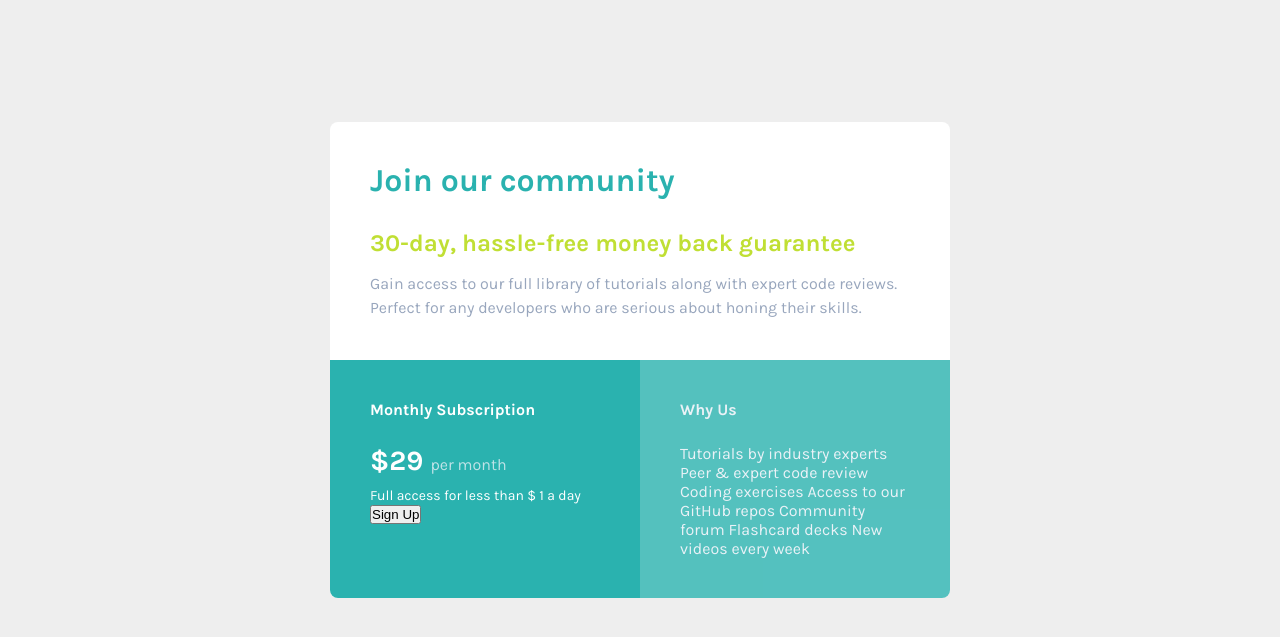
Repository: Akashiii1/WebSingleGrid_Day3
Page: index.html
An editor plug-in stored every save of this project. The page is shown before and after the next save, followed by the edit.
The browser window is 1280 px wide. The pictures show the whole page.

Above is the page before, as saved 2021-12-22 01:57:43.

### index.html
<!DOCTYPE html>
<html lang="en">
  <head>
    <meta charset="UTF-8" />
    <meta name="viewport" content="width=device-width, initial-scale=1.0" />
    <!-- displays site properly based on user's device -->

    <link
      rel="icon"
      type="image/png"
      sizes="32x32"
      href="./images/favicon-32x32.png"
    />

    <title>Frontend Mentor | Single Price Grid Component</title>

    <!-- Feel free to remove these styles or customise in your own stylesheet 👍 -->
    <link rel="stylesheet" href="style.css" />
    <style>
      .attribution {
        font-size: 11px;
        text-align: center;
      }
      .attribution a {
        color: hsl(228, 45%, 44%);
      }
    </style>
  </head>
  <body>
    <!-- Join our community

  30-day, hassle-free money back guarantee

  Gain access to our full library of tutorials along with expert code reviews.
  Perfect for any developers who are serious about honing their skills.

  Monthly Subscription

  &dollar;29 per month

  Full access for less than &dollar;1 a day

  Sign Up

  Why Us

  Tutorials by industry experts
  Peer &amp; expert code review
  Coding exercises
  Access to our GitHub repos
  Community forum
  Flashcard decks
  New videos every week -->
    <div class="wrapper">
      <div class="container">
        <div class="box item1">
          <h1>Join our community</h1>
          <h3>30-day, hassle-free money back guarantee</h3>
          <p>
            Gain access to our full library of tutorials along with expert code
            reviews. Perfect for any developers who are serious about honing
            their skills.
          </p>
        </div>
        <div class="box item2">
          <h4>Monthly Subscription</h4>
          <span>&dollar;29 <span class="light">per month</span> </span>
          <p>Full access for less than &dollar; 1 a day</p>
          <button class="btn">Sign Up</button>
        </div>
        <div class="box item3">
          <h4>Why Us</h4>
          <p>
            Tutorials by industry experts Peer &amp; expert code review Coding
            exercises Access to our GitHub repos Community forum Flashcard decks
            New videos every week
          </p>
        </div>
      </div>
    </div>
    <!-- <footer>
    <p class="attribution">
      Challenge by <a href="https://www.frontendmentor.io?ref=challenge" target="_blank">Frontend Mentor</a>.
      Coded by <a href="#">Your Name Here</a>.
    </p>
  </footer> -->
  </body>
</html>

### style.css

@import url('https://fonts.googleapis.com/css2?family=Karla:wght@400;700&display=swap');
:root{
  --Cyan: hsl(179, 62%, 43%);
 --BrightYellow: hsl(71, 73%, 54%);
 --LightGray: hsl(204, 43%, 93%);
 --GrayishBlue: hsl(218, 22%, 67%);
}
html {
box-sizing: border-box;
}
*{
margin: 0;
padding: 0;
}
*,*:before,*:after {
box-sizing: border-box;
}
input,
textarea,
select,
button{
outline: none;
}
input{
line-height: normal;
}
label,
button{
cursor: pointer;
}
a {
text-decoration: none;
}
img {
display: block;
max-width: 100%;
}
body{
  font-family: 'Karla', sans-serif;
  display: flex;
  justify-content: center;
  align-items: center;
  min-height: 100vh;
  background-color: #eee;
}
.wrapper{
  max-width: 620px;
  background-color: #fff;
  border-radius: 8px;
  overflow: hidden;
}
.container{
  display: grid;
  grid-template-columns:1fr 1fr;
  grid-template-rows: 1fr 1fr;
  grid-template-areas:"it1 it1"
                      "it2 it3";
}
.item1{
  grid-area: it1;
}
.item2{
  grid-area: it2;

}
.item3{
  grid-area: it3;
}
.box{
  padding: 40px;
}
.item1 h1{
  font-size: 32px;
  color:var(--Cyan) ;
  margin-bottom: 30px;
}
.item1 h3{
  color: var(--BrightYellow);
  font-size: 24px;
  margin-bottom: 15px;
}
.item1 p{
  color: var(--GrayishBlue);
  font-weight: 400;
  line-height: 1.5;

}
.item2 {
  background-color: var(--Cyan);
  color: #fff;
}
.item2 h4{
  margin-bottom: 25px;
}
.item2 span{
  font-size: 28px;
  font-weight: 600;

}
.item2 span .light{
  font-size: 16px;
  color: var(--LightGray);
  font-weight: lighter;
  opacity: .8;
}
.item2 p{
  margin-top: 10px;
  font-size: 14px;
}
.item3{
  background-color: var(--Cyan);
  opacity: .8;
  color: var(--LightGray);
}
.item3 h4{
  margin-bottom: 25px;
}

After the next save:
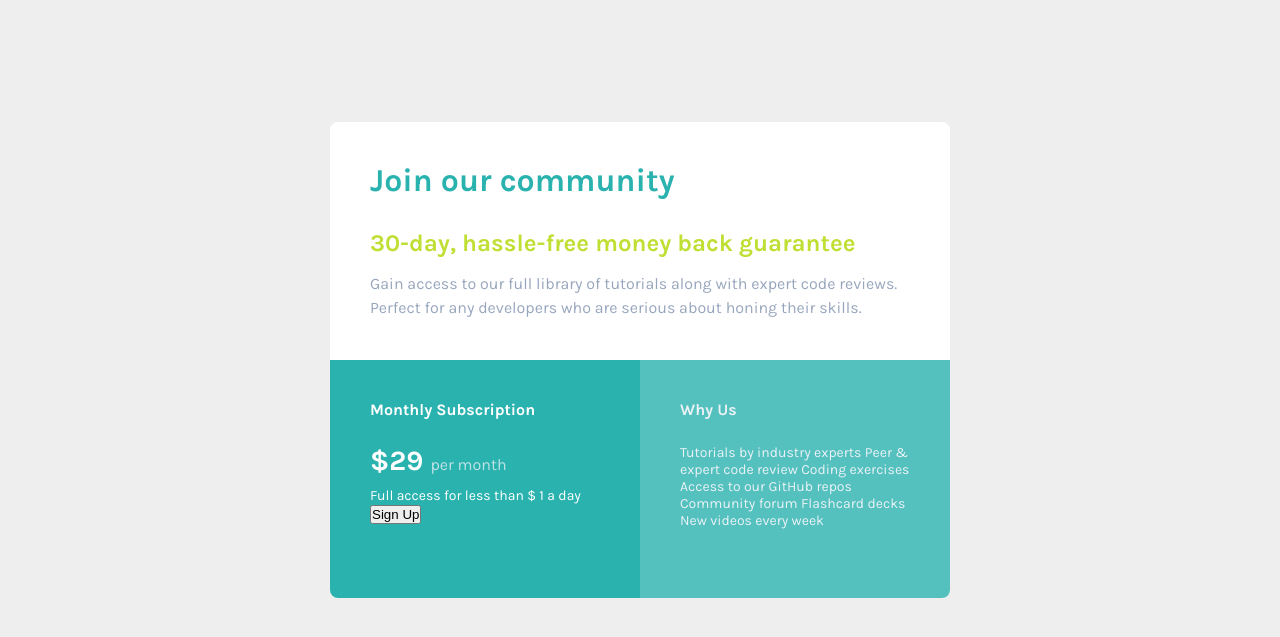
Saved 19 s later.
--- a/style.css
+++ b/style.css
@@ -116,3 +116,6 @@ body{
 .item3 h4{
   margin-bottom: 25px;
 }
+.item3 p{
+  font-size: 14px;
+}
